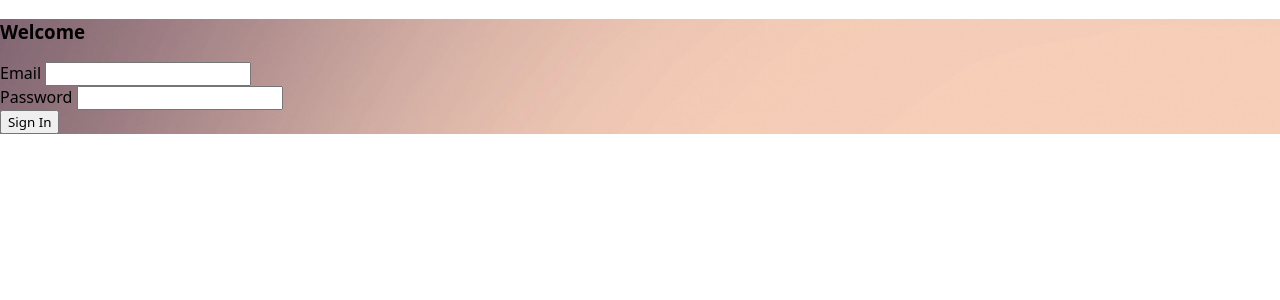
Repository: Szelbi/SimpliestLoginPage
Page: index.html
An editor plug-in stored every save of this project. The page is shown before and after the next save, followed by the edit.
The browser window is 1280 px wide. The pictures show the whole page.

Above is the page before, as saved 2021-02-04 21:54:23.

After the next save:
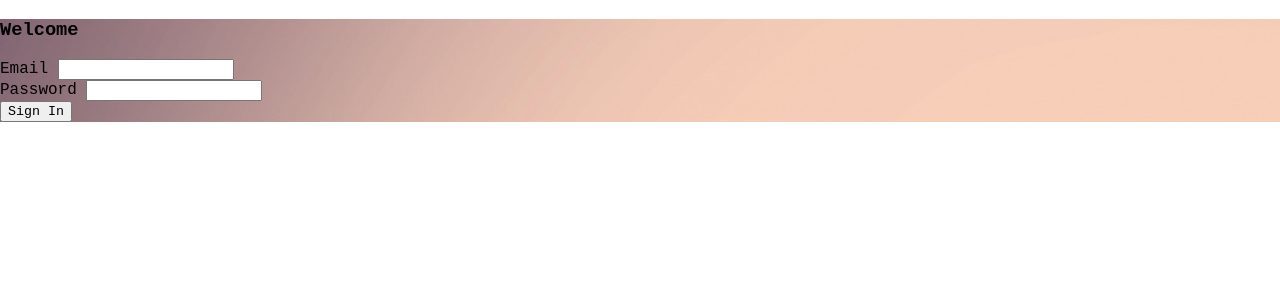
Saved 22 s later.
--- a/style.css
+++ b/style.css
@@ -1,5 +1,5 @@
 * {
-    font-family: 'Noto Sans', sans-serif;
+    font-family: Courier New, monospace;
 }
 
 html, body{
